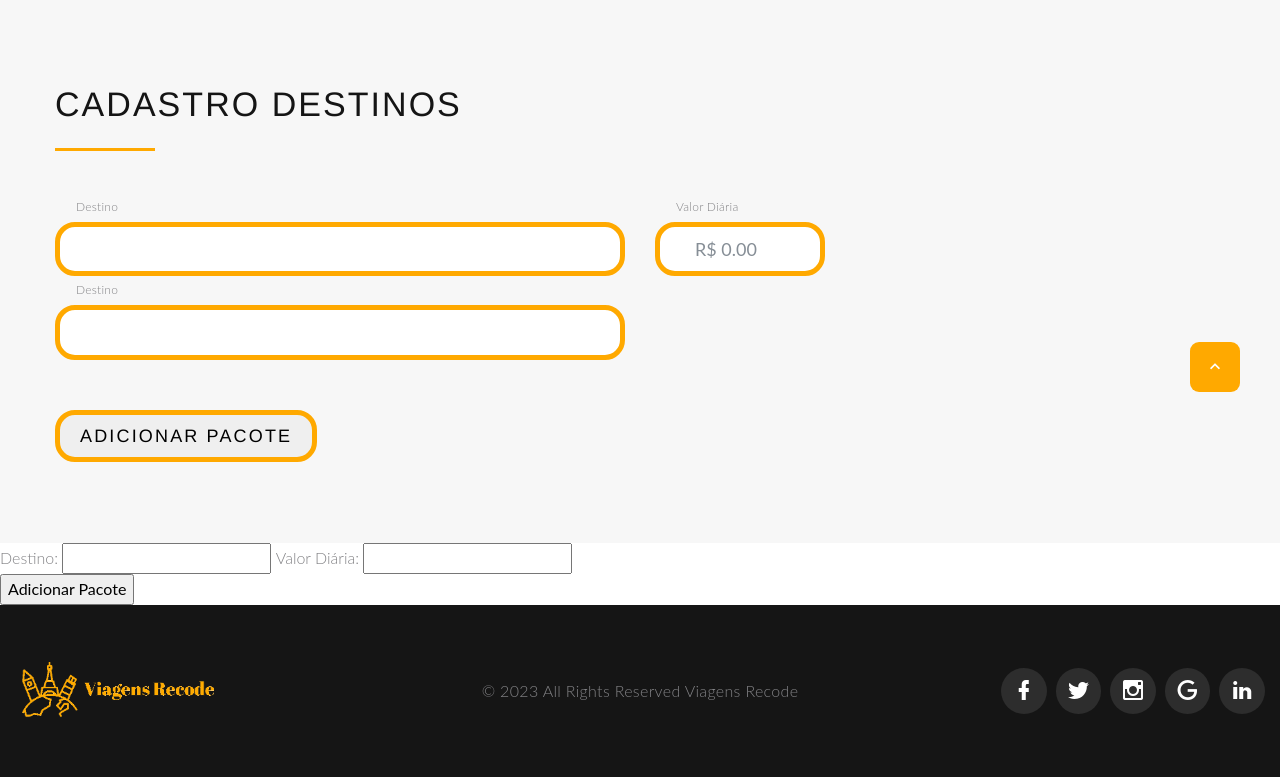
Repository: LiraS23/RecodePro2023-Modulo-4
Page: java/Modulo4/src/main/webapp/destinos.html
An editor plug-in stored every save of this project. The page is shown before and after the next save, followed by the edit.
The browser window is 1280 px wide. The pictures show the part of the page from y = 388 to 1165 px (the page is 1165 px tall before and 1082 px after).
Some web fonts or font styles are not loaded; a fallback is used.

Above is the page before, as saved 2023-10-28 16:25:50.

After the next save:
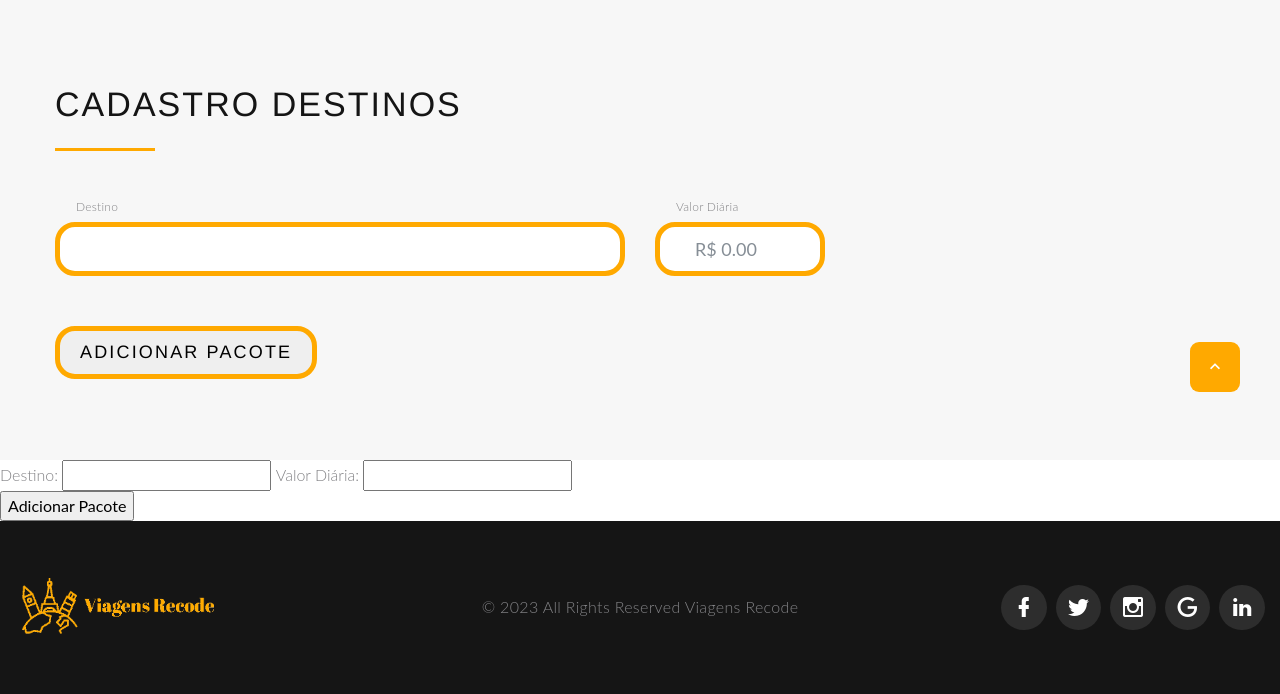
Saved 24 s later.
--- a/java/Modulo4/src/main/webapp/destinos.html
+++ b/java/Modulo4/src/main/webapp/destinos.html
@@ -90,10 +90,6 @@
 												<label class="form-label-outside" for="destino">Destino</label>
 												<input class="form-control" style="border: 5px solid #FFA900; border-radius: 20px;"
 													id="destino" type="text" name="destino" required>
-												<label class="form-label-outside" for="destino">Destino</label>
-												<input class="form-control"
-													style="border: 5px solid #FFA900; border-radius: 20px;" id="destino"
-													type="text" name="destino" data-constraints="@Required" />
 											</div>
 										</div>
 										<div class="col-md-2">
